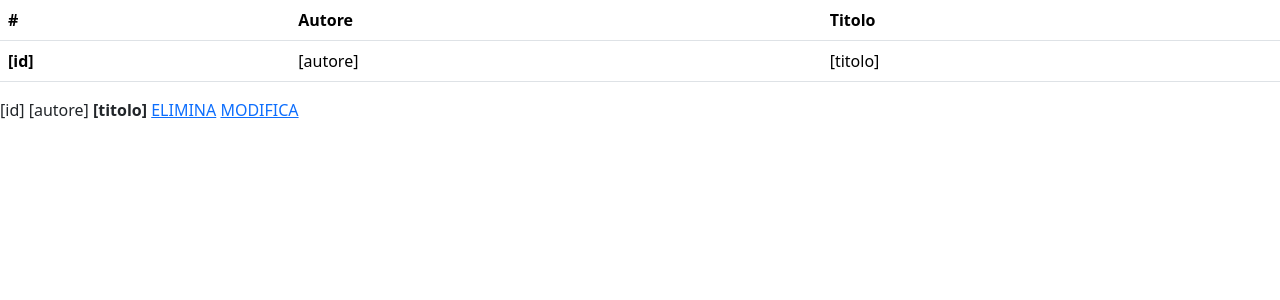
Repository: foferys/DynamicWebProject_DAOLibri_Mappe
Page: DynamicWebProject_DAOLibri_Mappe/WebContent/viste/templatelibro.html
These files come from the project's save history. The page is drawn as it stood at one moment and after the next save; the edit follows.
The browser window is 1280 px wide. The pictures show the whole page.

Above is the page before, as saved 2024-06-25 09:28:58.

After the next save:
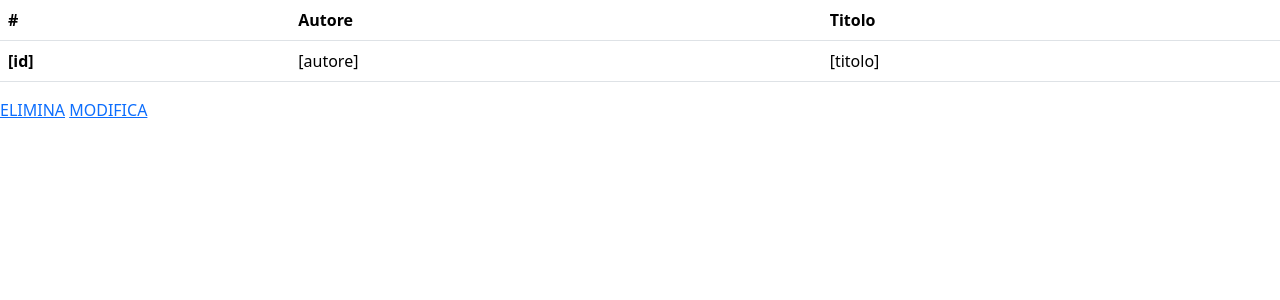
Saved 29 s later.
--- a/DynamicWebProject_DAOLibri_Mappe/WebContent/viste/templatelibro.html
+++ b/DynamicWebProject_DAOLibri_Mappe/WebContent/viste/templatelibro.html
@@ -32,7 +32,7 @@
 		</table>
 
 
-		[id] [autore] <b>[titolo]</b>
+		<!--  [id] [autore] <b>[titolo]</b>-->
 		<a href="http://localhost:8080/DynamicWebProject_DAOLibri_Mappe/Index?comando=eliminalibro&id=[id]">ELIMINA</a>
 		<a href="http://localhost:8080/DynamicWebProject_DAOLibri_Mappe/Index?comando=formmodificalibro&id=[id]">MODIFICA</a>
 
